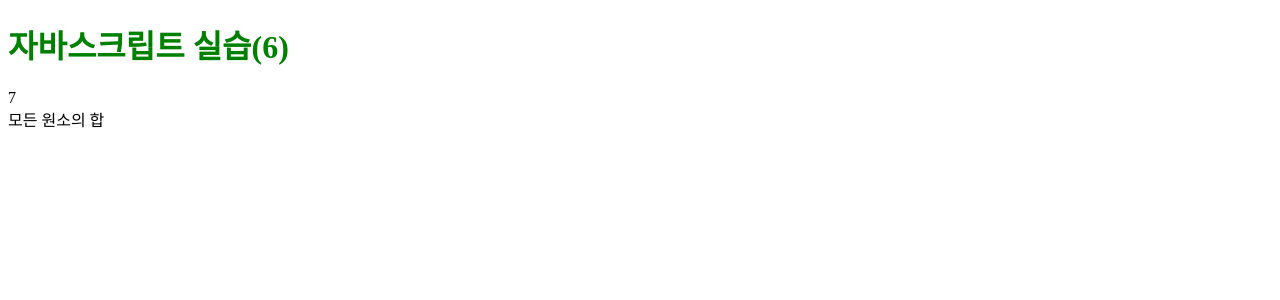
Repository: jhsnex123/web_study
Page: edu/src/main/webapp/jsexam/exercise6.html
An editor plug-in stored every save of this project. The page is shown before and after the next save, followed by the edit.
The browser window is 1280 px wide. The pictures show the whole page.

Above is the page before, as saved 2024-09-23 06:11:19.

### edu/src/main/webapp/jsexam/exercise6.html
<!DOCTYPE html>
<html>
<head>
<meta charset="UTF-8">
<title>Insert title here</title>
</head>
<body>
<!-- [ 실습 2 ]

소스명 : exercise6.html
다음에서 제시된 기능들을 자바스크립트로 구현하시오.

(1) util.js 에 정의된 함수를 사용은 선택이다.

(2) 웹 페이지의 제목을 <h1> 태그와 함께 "자바스크립트 실습(6)" 이라고 원하는 칼라로 출력한다.

(3) 다음에 제시된 함수들을 구현한다.(for each 문 사용)

	getMaxValue()
	getMinValue()
	getSum()
	getCountOddNum()
	getCountEvenNum()

(4) 다음 값들을 저장하여 배열을 생성한다.

   	10, 5, 7,21, 4, 8, 18

(5) 배열을 아규먼트로 전달하면서 getSum() 을 호출하고 리턴 결과를 <h2> 태그와 함께 출력한다.

      모든 원소의 합 : XX

(6) 최대값과 최소값, 짝수의 갯수 그리고 홀수의 갯수를 각각의 함수를 호출하여 리턴받아 순서없는
     리스트 형식(<ul>)으로 출력한다.

    - 최대값 : XX
    - 최소값 : XX
    - 짝수의 갯수 : XX
    - 홀수의 갯수 : XX

(7) <h1> 태그의 텍스트는 파란색으로, <h2> 태그의 텍스트는 빨간색으로 출력한다.
     또한 순서없는 리스트의 블렛을 서클로 처리한다. -->

     <script src="util.js"></script>
     <script>
	 writeColor('자바스크립트 실습(6)', 'h1', 'green');
	 function getMaxValue(){
	 }
	 function getMinValue(){
	 }
	 function getSum(){
	 }
	 function getCountOddNum(){
	 }
	 function getCountEvenNum(){
	 }

	 var ary = [10, 5, 7, 21, 4, 8, 18];
	 document.write(ary.length + "<br>");
	 writeColor('모든 원소의 합',+getSum(ary),'h2', 'green');






     </script>
</body>
</html>

### edu/src/main/webapp/jsexam/util.js
function write(content, tag) {
	document.write("<"+tag+">"+content+"</"+tag+">");
}
function hr() {
	document.write("<hr>");
}
function writeColor(content, tag, color) {
	document.write("<"+tag+" style='color:"+color+"'>"+
			  content+"</"+tag+">");
}
function writeNewLine(content) {
	document.write(content+"<br>");
}

After the next save:
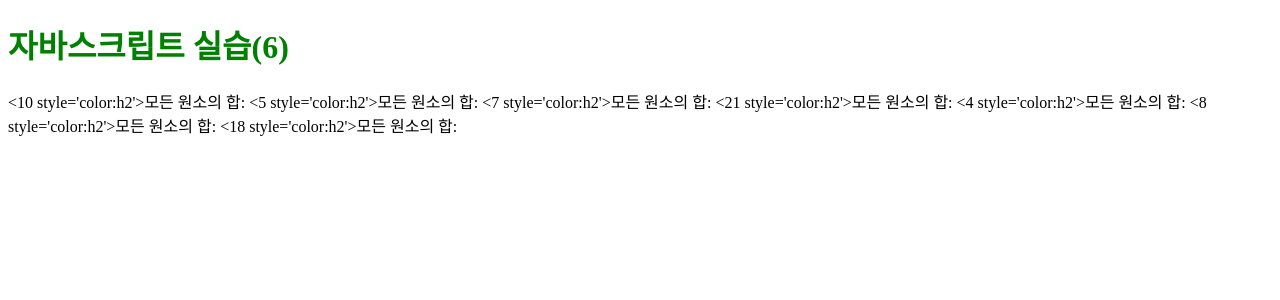
Saved 6 min 19 s later.
--- a/edu/src/main/webapp/jsexam/exercise6.html
+++ b/edu/src/main/webapp/jsexam/exercise6.html
@@ -5,7 +5,7 @@
 <title>Insert title here</title>
 </head>
 <body>
-<!-- [ 실습 2 ]
+	<!-- [ 실습 2 ]
 
 소스명 : exercise6.html
 다음에서 제시된 기능들을 자바스크립트로 구현하시오.
@@ -41,8 +41,8 @@
 (7) <h1> 태그의 텍스트는 파란색으로, <h2> 태그의 텍스트는 빨간색으로 출력한다.
      또한 순서없는 리스트의 블렛을 서클로 처리한다. -->
 
-     <script src="util.js"></script>
-     <script>
+	<script src="util.js"></script>
+	<script>
 	 writeColor('자바스크립트 실습(6)', 'h1', 'green');
 	 function getMaxValue(){
 	 }
@@ -56,8 +56,8 @@
 	 }
 
 	 var ary = [10, 5, 7, 21, 4, 8, 18];
-	 document.write(ary.length + "<br>");
-	 writeColor('모든 원소의 합',+getSum(ary),'h2', 'green');
+		for(let i in ary) // foreach
+			writeColor('모든 원소의 합: ',ary[i], "h2", "red");
 
 
 
